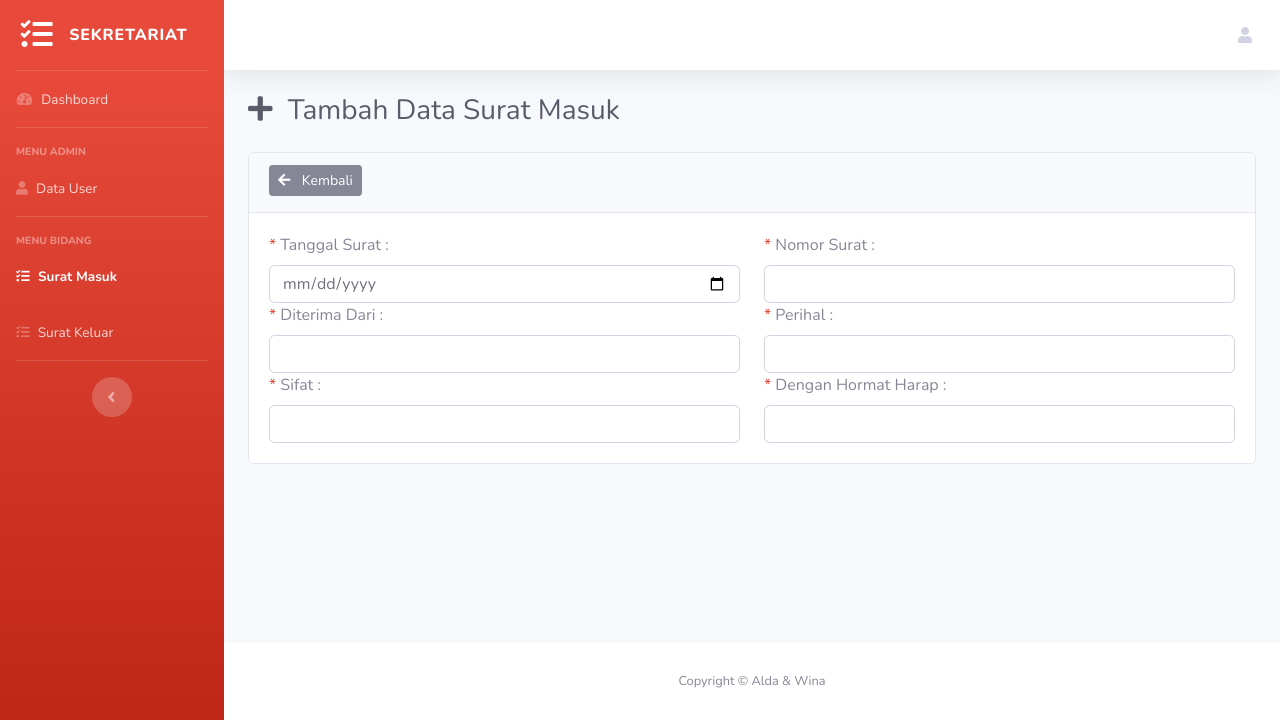
Repository: aldasamrotulfuadah/projek-PKL
Page: http://localhost/suratmasuk/create
The author's editor kept a copy of each file at every save. The page is drawn from the files as they stood at one save, then again after the next save.
The browser window is 1280 px wide. The pictures show the whole page.
The page is served by the project's Laravel application, run on PHP 8.4 with Laravel 12. A made-up administrator, Test User (test@example.com), is signed in.

Above is the page before, as saved 2026-03-12 11:08:37.

After the next save:
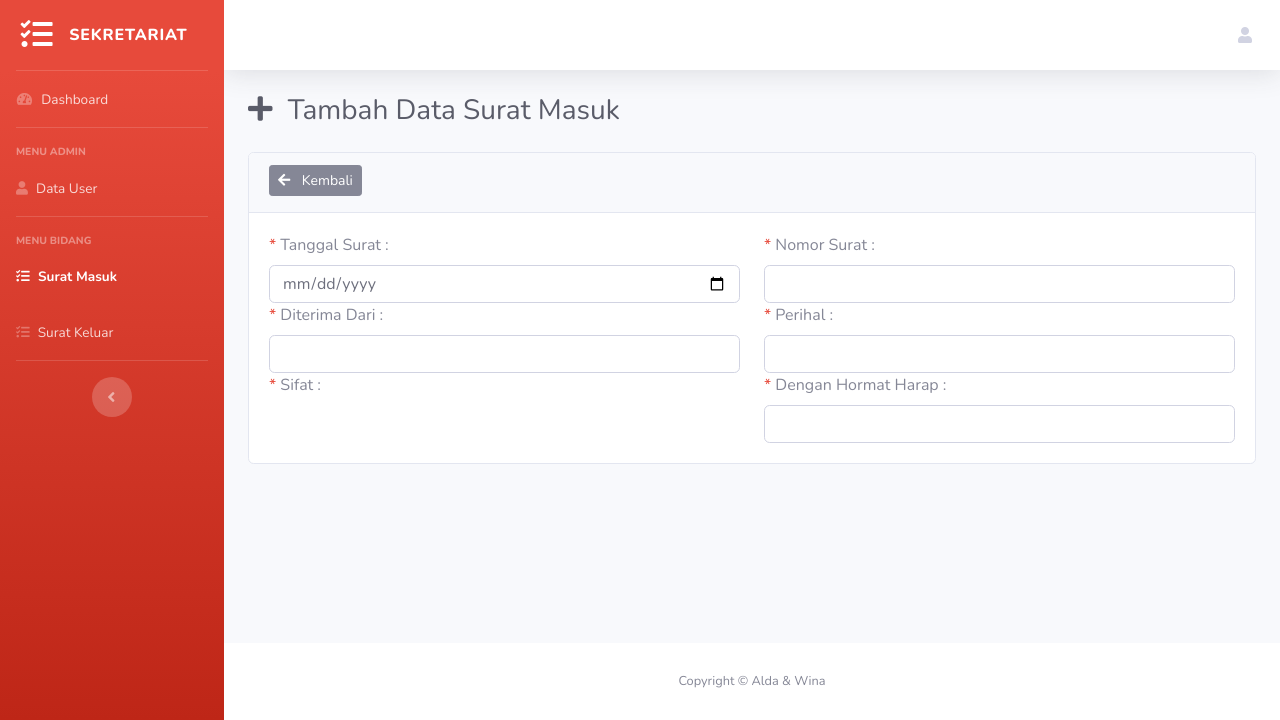
Saved 7 s later.
--- a/resources/views/suratm/create.blade.php
+++ b/resources/views/suratm/create.blade.php
@@ -56,7 +56,7 @@
                         <span class="text-danger">*</span>
                         Sifat :
                     </label>
-                    <input type="text" name="diterima_dari" class="form-control">
+
                 </div>
                 <div class="col-6">
                     <label class="form-label">
